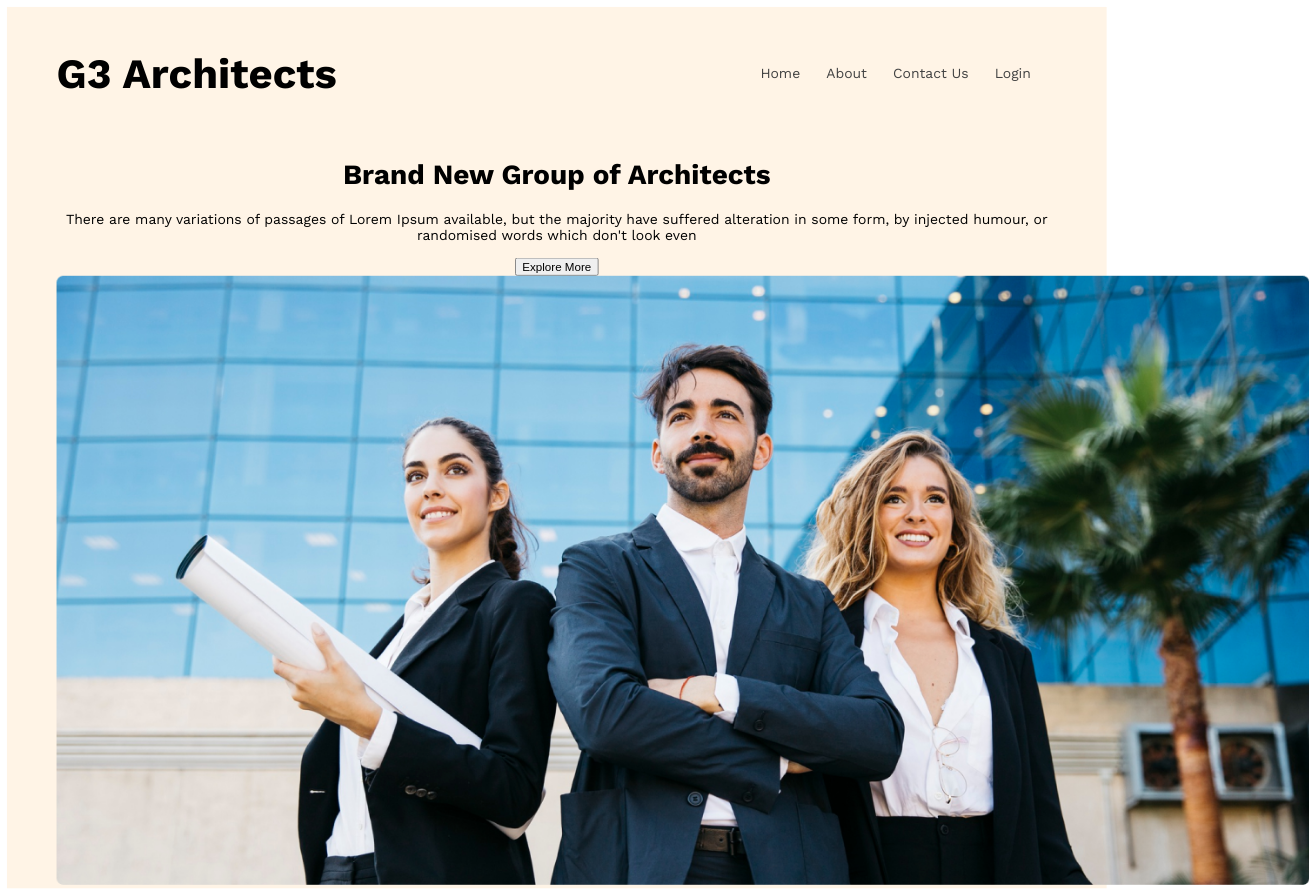
Repository: dollyrakhe22/g3-architects-website
Page: index.html
An editor plug-in stored every save of this project. The page is shown before and after the next save, followed by the edit.
The browser window is 1280 px wide. The page is 1505 px wide, so the pictures cover 1505 px, including what lies to the right of the window. The pictures show the whole page, at 87% of full size.

Above is the page before, as saved 2025-07-20 09:40:48.

After the next save:
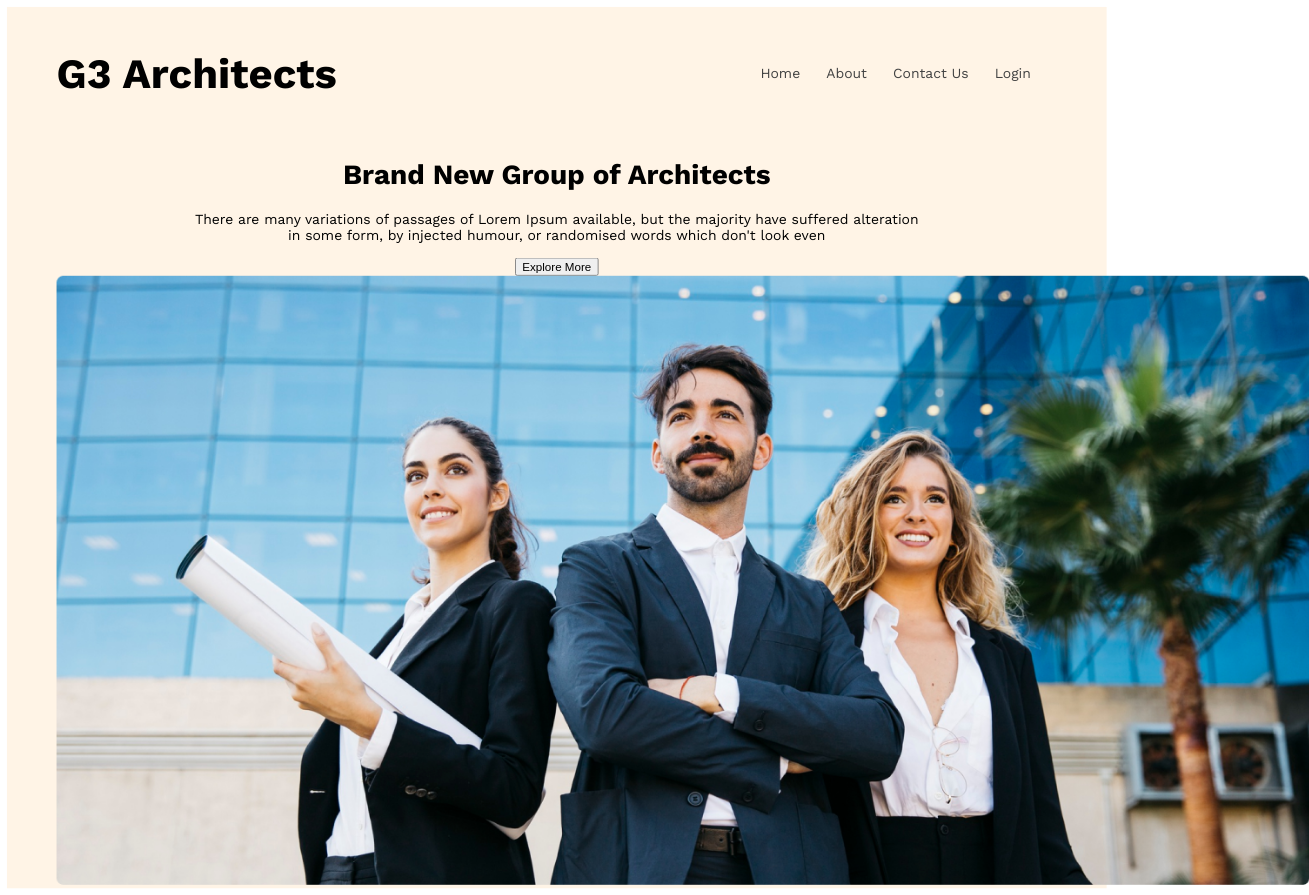
Saved 57 s later.
--- a/style.css
+++ b/style.css
@@ -47,13 +47,13 @@
 .navbar,.banner {
   max-width: 1150px;
   margin: 0 auto;
-  padding:0 auto;
+
 }
 
 
 /*banner related styles*/
 .banner-content{
-  max-width: 1150px;
+  max-width: 850px;
   margin: 0 auto;
   text-align: center;
 }
